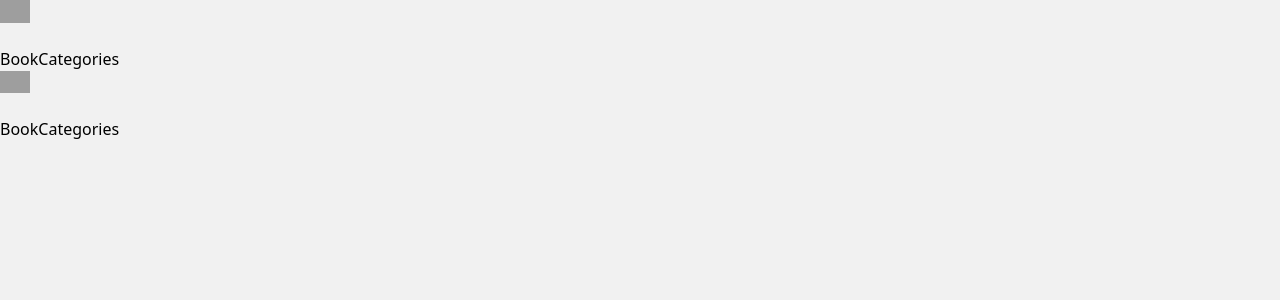
Repository: kennedyowusu/bookstore
Page: /
An editor plug-in stored every save of this project. The page is shown before and after the next save, followed by the edit.
The browser window is 1280 px wide. The pictures show the whole page.
Pictures or frames that could not be fetched are drawn as grey boxes. The project was rebuilt for these pictures with package versions that can differ from the ones it lists, and the page was loaded fresh each time. Also part of the build but not shown: src/Pages/AllBooks.jsx, src/Pages/Categories.jsx.

Above is the page before, as saved 2023-01-20 21:53:09.

After the next save:
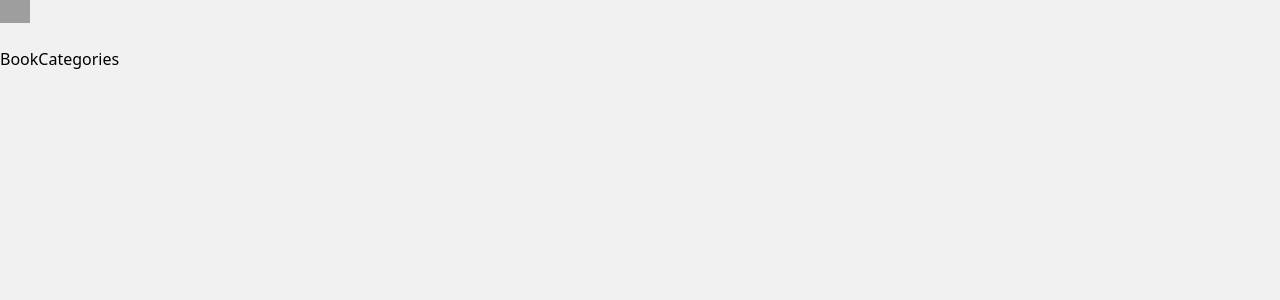
Saved 33 s later.
--- a/src/Layout/Layout.jsx
+++ b/src/Layout/Layout.jsx
@@ -5,7 +5,7 @@
 const Layout = () => {
  return (
    <div>
-     <Navbar />
+     {/* <Navbar /> */}
      <main>
        <Outlet />
      </main>

After the save that followed:
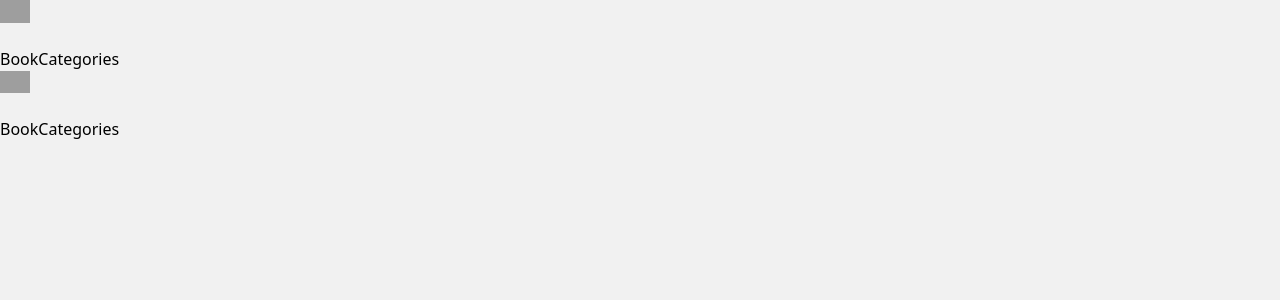
Saved 5 s later.
--- a/src/Layout/Layout.jsx
+++ b/src/Layout/Layout.jsx
@@ -5,7 +5,7 @@
 const Layout = () => {
  return (
    <div>
-     {/* <Navbar /> */}
+     <Navbar />
      <main>
        <Outlet />
      </main>
